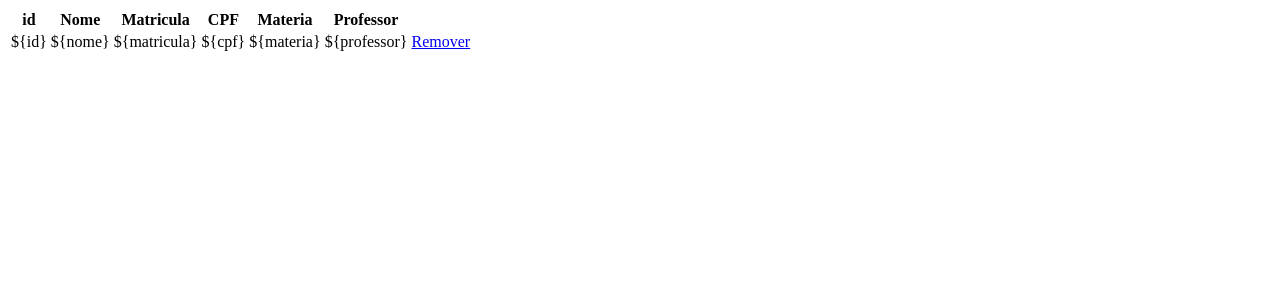
Repository: WilliamEstrela/trabalho1VA-PROG4
Page: CRUDLanManagerV5/WebContent/manterreprovacao/listartodos.html
These files come from the project's save history. The page is drawn as it stood at one moment and after the next save; the edit follows.
The browser window is 1280 px wide. The pictures show the whole page.

Above is the page before, as saved 2019-09-12 00:49:29.

### CRUDLanManagerV5/WebContent/manterreprovacao/listartodos.html
	<table class="table table-striped table-bordered table-hover">
		<tr>
			<th>id</th>
			<th>Nome</th>
			<th>Matricula</th>
			<th>CPF</th>
			<th>Materia</th>
			<th>Professor</th>
		</tr>
<!-- $beginBlock manterReprovacao -->
		<tr>
			<td>${id}</td>
			<td>${nome}</td>
			<td>${matricula}</td>
			<td>${cpf}</td>
			<td>${materia}</td>
			<td>${professor}</td>
			<td>
				<a href="sistema?casoDeUso=manterReprovacao&acao=editar&id=1"><i class="fa fa-pencil-square-o" aria-hidden="true"></i></a>
				<a href="sistema?casoDeUso=manterReprovacao&acao=excluir&id=${id}">Remover</a>

			</td>
		</tr>
<!-- $endBlock manterReprovacao -->
	</table>
<!-- $include ../geral/mensagemPadrao.html -->

After the next save:
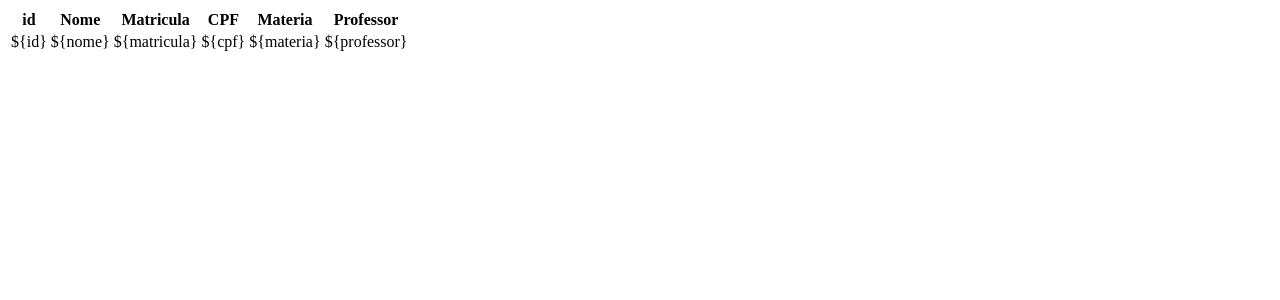
Saved 114 s later.
--- a/CRUDLanManagerV5/WebContent/manterreprovacao/listartodos.html
+++ b/CRUDLanManagerV5/WebContent/manterreprovacao/listartodos.html
@@ -17,7 +17,7 @@
 			<td>${professor}</td>
 			<td>
 				<a href="sistema?casoDeUso=manterReprovacao&acao=editar&id=1"><i class="fa fa-pencil-square-o" aria-hidden="true"></i></a>
-				<a href="sistema?casoDeUso=manterReprovacao&acao=excluir&id=${id}">Remover</a>
+				<a href="sistema?casoDeUso=manterReprovacao&acao=excluir&id=${id}"><i class="fas fa-trash-alt"></i></a>
 
 			</td>
 		</tr>
